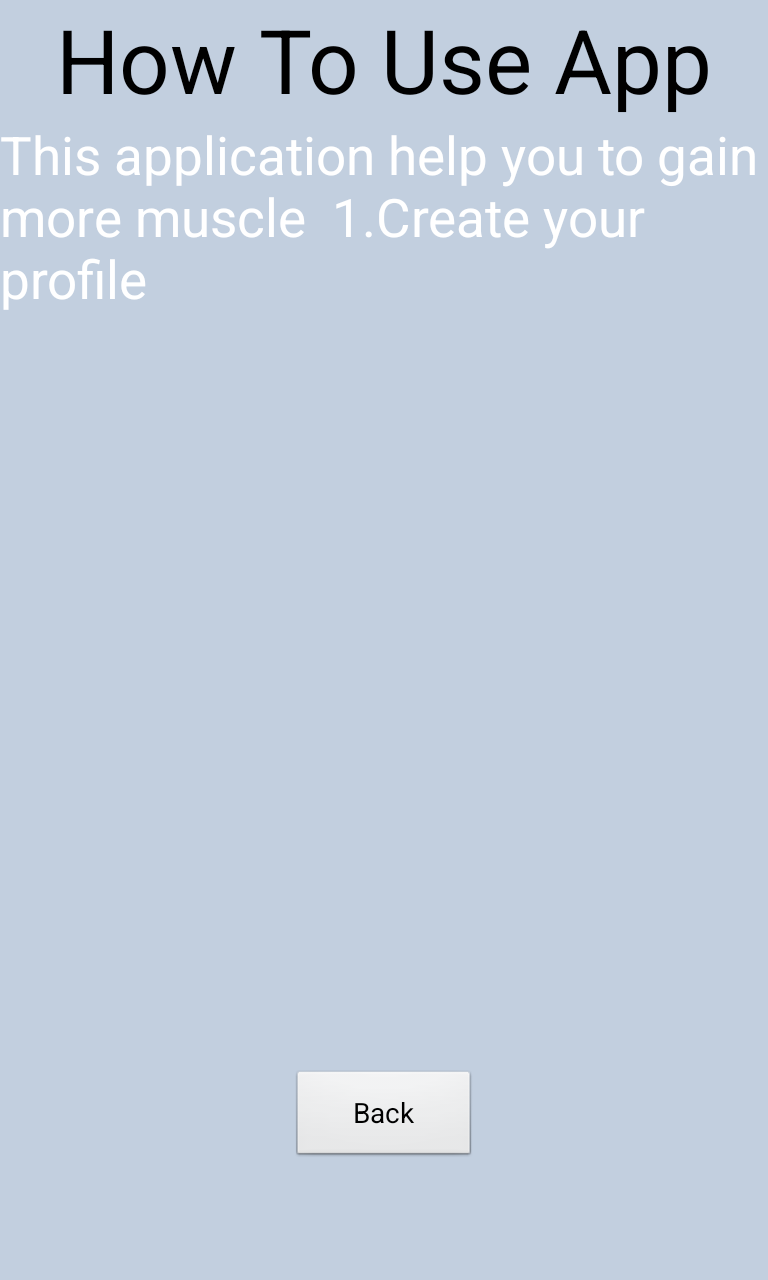
Repository: parinya1968/My-project
Layout: DroidWork/getBig/res/layout/howto.xml
These files come from the project's save history. The layout is drawn as it stood at one moment and after the next save; the edit follows.
It is drawn on a 768 x 1280 px phone screen (xhdpi) without system bars, with theme android:Theme.NoTitleBar.Fullscreen; the app's code is not run.

Above is the layout before, as saved 2012-06-20 05:52:31.

After the next save:
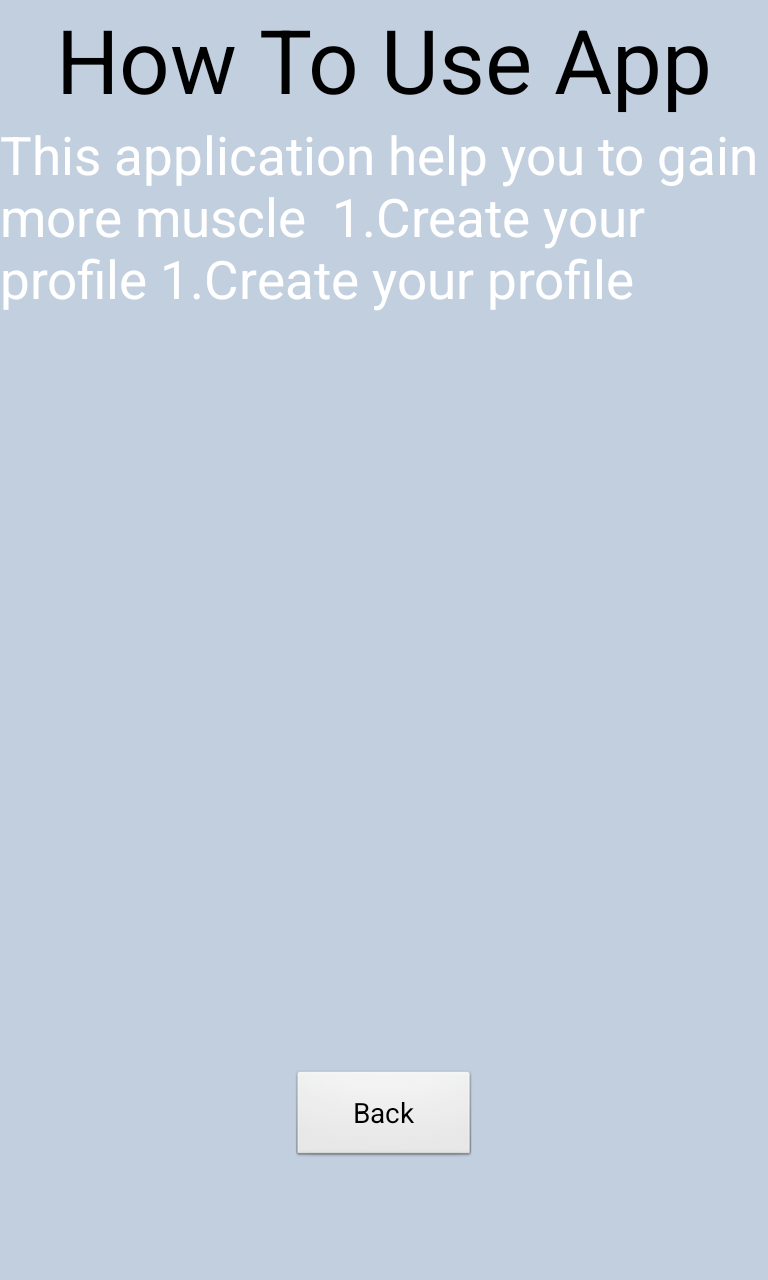
Saved 15 s later.
--- a/DroidWork/getBig/res/values/strings.xml
+++ b/DroidWork/getBig/res/values/strings.xml
@@ -6,7 +6,7 @@
     <string name="howTo">
         <p>This application help you to gain more muscle <br />
             1.Create your profile
-        </p>
+        </p><br />1.Create your profile
     </string>
 
 </resources>

After the save that followed:
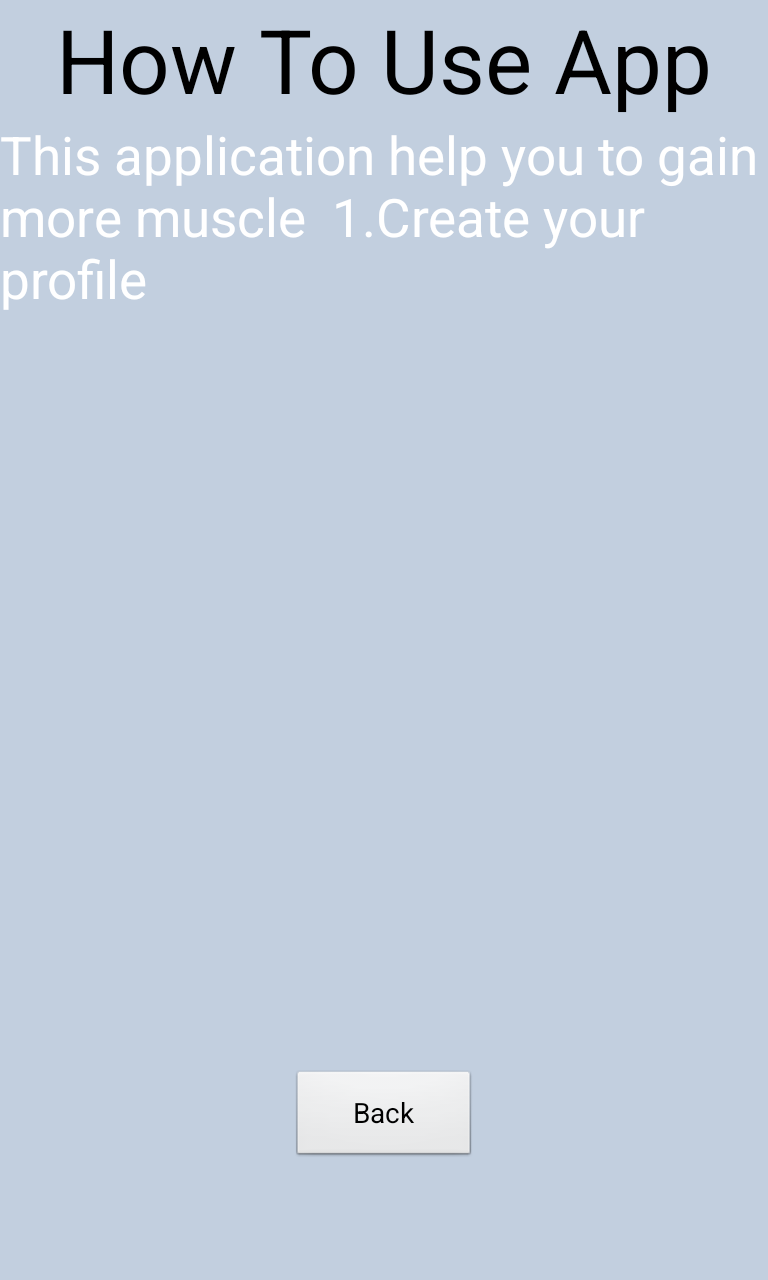
Saved 8 s later.
--- a/DroidWork/getBig/res/values/strings.xml
+++ b/DroidWork/getBig/res/values/strings.xml
@@ -5,7 +5,6 @@
     <string name="app_name">GetBig</string>
     <string name="howTo">
         <p>This application help you to gain more muscle <br />
-            1.Create your profile
         </p><br />1.Create your profile
     </string>
 
